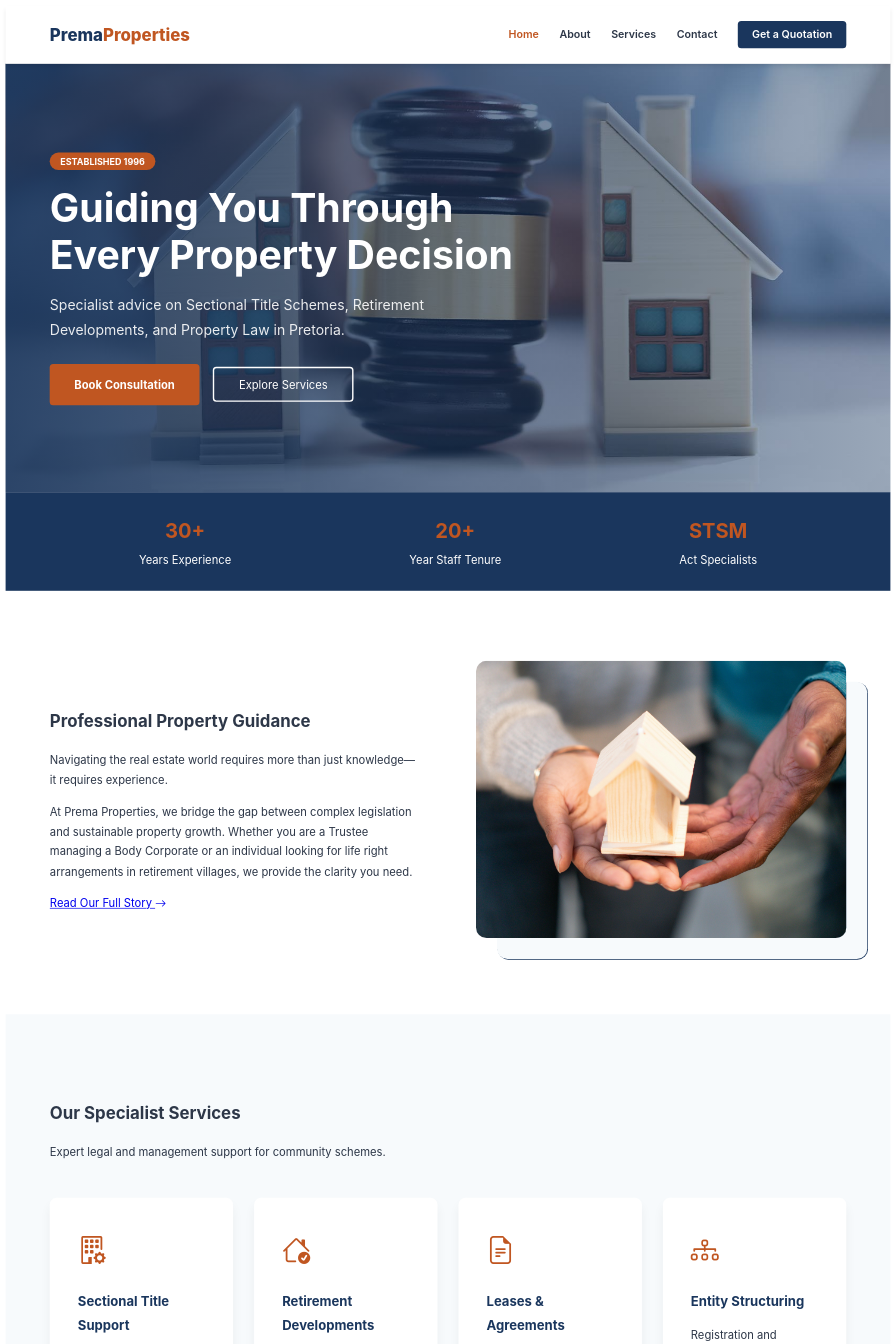
Repository: mnqobiMenzi/Prema-Properties
Page: index.html
The author's editor kept a copy of each file at every save. The page is drawn from the files as they stood at one save, then again after the next save.
The browser window is 1280 px wide. The pictures show the part of the page from y = 0 to 1920 px (the page is 2862 px tall), at 70% of full size.

Above is the page before, as saved 2026-02-10 12:50:50.

### index.html
<!DOCTYPE html>
<html lang="en">
<head>
  <meta charset="UTF-8">
  <meta name="viewport" content="width=device-width, initial-scale=1.0">
  <title>Prema Properties | Sectional Title & Property Consultants</title>
  <link rel="stylesheet" href="CSS/style.css">
  <link rel="stylesheet" href="https://cdn.jsdelivr.net/npm/bootstrap-icons@1.13.1/font/bootstrap-icons.min.css">
</head>
<body>

  <header class="main-header">
    <div class="container header-flex">
      <div class="logo">Prema<span>Properties</span></div>
      <nav>
        <a href="index.html" class="active">Home</a>
        <a href="about-us.html">About</a>
        <a href="services.html">Services</a>
        <a href="contact-us.html">Contact</a>
        <a href="quote.html" class="nav-btn">Get a Quotation</a>
      </nav>
    </div>
  </header>

  <section class="hero-v2">
    <div class="hero-overlay">
      <div class="container">
        <span class="badge">Established 1996</span>
        <h1>Guiding You Through Every Property Decision</h1>
        <p>Specialist advice on Sectional Title Schemes, Retirement Developments, and Property Law in Pretoria.</p>
        <div class="hero-actions">
          <a href="appointment.html" class="btn-main">Book Consultation</a>
          <a href="#services" class="btn-outline">Explore Services</a>
        </div>
      </div>
    </div>
  </section>

  <div class="trust-bar">
    <div class="container">
      <div class="trust-item"><strong>30+</strong> Years Experience</div>
      <div class="trust-item"><strong>20+</strong> Year Staff Tenure</div>
      <div class="trust-item"><strong>STSM</strong> Act Specialists</div>
    </div>
  </div>

  <section id="about" class="section-padding">
    <div class="container split-grid">
      <div class="content-left">
        <h2 class="section-title">Professional Property Guidance</h2>
        <p class="lead">Navigating the real estate world requires more than just knowledge—it requires experience.</p>
        <p>At Prema Properties, we bridge the gap between complex legislation and sustainable property growth. Whether you are a Trustee managing a Body Corporate or an individual looking for life right arrangements in retirement villages, we provide the clarity you need.</p>
        <a href="about-us.html" class="icon-link">Read Our Full Story <i class="bi bi-arrow-right"></i></a>
      </div>
      <div class="content-right image-deco">
        <img src="images/pexels-kindelmedia-7579138.jpg" alt="Consultation at Prema Properties">
      </div>
    </div>
  </section>

  <section id="services" class="section-padding light-gray">
    <div class="container">
      <div class="center-head">
        <h2 class="section-title">Our Specialist Services</h2>
        <p>Expert legal and management support for community schemes.</p>
      </div>

      <div class="services-grid-v2">
        <div class="s-card">
          <i class="bi bi-building-gear"></i>
          <h3>Sectional Title Support</h3>
          <p>Expert guidance on the STSM Act, management rules, and Body Corporate governance.</p>
        </div>
        <div class="s-card">
          <i class="bi bi-house-check"></i>
          <h3>Retirement Developments</h3>
          <p>Specialist expertise in ownership and life right arrangements for retired persons.</p>
        </div>
        <div class="s-card">
          <i class="bi bi-file-earmark-text"></i>
          <h3>Leases & Agreements</h3>
          <p>Drafting and review of residential, commercial, and business sale agreements.</p>
        </div>
        <div class="s-card">
          <i class="bi bi-diagram-3"></i>
          <h3>Entity Structuring</h3>
          <p>Registration and structuring of trusts, partnerships, and joint ventures.</p>
        </div>
      </div>
    </div>
  </section>

  <div id="footer-placeholder"></div>
  <script src="JavaScript/script.js"></script>
</body>
</html>

### CSS/style.css
/* --- Core Styles --- */
:root {
  --primary: #1a365d;
  --secondary: #c05621;
  --text: #2d3748;
  --white: #ffffff;
  --gray: #f7fafc;
  --transition: all 0.3s ease;
}

body {
  font-family: 'Inter', sans-serif;
  color: var(--text);
  line-height: 1.8;
}

.container { width: 90%; max-width: 1200px; margin: 0 auto; }
.section-padding { padding: 100px 0; }
.light-gray { background: var(--gray); }

/* --- Header --- */
.main-header {
  background: var(--white);
  padding: 20px 0;
  box-shadow: 0 4px 6px -1px rgba(0,0,0,0.1);
  position: sticky;
  top: 0; z-index: 1000;
}

.header-flex { display: flex; justify-content: space-between; align-items: center; }

.logo { font-size: 1.5rem; font-weight: 800; color: var(--primary); }
.logo span { color: var(--secondary); }

nav a {
  text-decoration: none;
  color: var(--text);
  font-weight: 600;
  margin-left: 25px;
  font-size: 0.95rem;
  transition: var(--transition);
}

nav a:hover, nav a.active { color: var(--secondary); }

.nav-btn {
  background: var(--primary);
  color: white !important;
  padding: 10px 20px;
  border-radius: 5px;
}

/* --- Hero v2 --- */
.hero-v2 {
  background: url('../images/Sectional-Title-Disputes.jpg') center/cover no-repeat;
  height: 85vh;
  position: relative;
}

.hero-overlay {
  background: linear-gradient(to right, rgba(26, 54, 93, 0.9), rgba(26, 54, 93, 0.4));
  height: 100%;
  display: flex;
  align-items: center;
  color: white;
}

.badge {
  background: var(--secondary);
  padding: 5px 15px;
  border-radius: 50px;
  font-size: 0.8rem;
  font-weight: bold;
  text-transform: uppercase;
}

.hero-v2 h1 { font-size: 3.5rem; margin: 20px 0; line-height: 1.2; max-width: 700px; }
.hero-v2 p { font-size: 1.25rem; max-width: 600px; margin-bottom: 30px; opacity: 0.9; }

.btn-main {
  background: var(--secondary);
  color: white;
  padding: 15px 35px;
  text-decoration: none;
  font-weight: bold;
  border-radius: 5px;
  display: inline-block;
}

.btn-outline {
  border: 2px solid white;
  color: white;
  padding: 13px 35px;
  text-decoration: none;
  border-radius: 5px;
  margin-left: 15px;
}

/* --- Trust Bar --- */
.trust-bar { background: var(--primary); color: white; padding: 30px 0; }
.trust-bar .container { display: flex; justify-content: space-around; text-align: center; }
.trust-item strong { display: block; font-size: 1.8rem; color: var(--secondary); }

/* --- Grid & Cards --- */
.split-grid { display: grid; grid-template-columns: 1fr 1fr; gap: 80px; align-items: center; }

.services-grid-v2 {
  display: grid;
  grid-template-columns: repeat(auto-fit, minmax(250px, 1fr));
  gap: 30px;
  margin-top: 50px;
}

.s-card {
  background: white;
  padding: 40px;
  border-radius: 10px;
  box-shadow: 0 10px 15px rgba(0,0,0,0.05);
  transition: var(--transition);
}

.s-card:hover { transform: translateY(-10px); }
.s-card i { font-size: 2.5rem; color: var(--secondary); margin-bottom: 20px; display: block; }
.s-card h3 { margin-bottom: 15px; color: var(--primary); }

.image-deco img {
  width: 100%;
  border-radius: 15px;
  box-shadow: 30px 30px 0 var(--gray), 31px 31px 0 var(--primary);
}

/* Responsive */
@media (max-width: 768px) {
  .hero-v2 h1 { font-size: 2.2rem; }
  .split-grid { grid-template-columns: 1fr; }
  .hero-actions { display: flex; flex-direction: column; gap: 15px; }
  .btn-outline { margin-left: 0; }
}

/* About Page Specifics */
.about-hero-v2 {
  background: linear-gradient(rgba(26, 54, 93, 0.9), rgba(26, 54, 93, 0.9)), url('../images/office-bg.jpg');
  padding: 100px 0;
  text-align: center;
  color: white;
}

.about-intro {
  max-width: 800px;
  margin: 0 auto 60px;
  text-align: center;
}

.about-intro h2 {
  color: var(--primary);
  margin-bottom: 20px;
}

.values-grid {
  display: grid;
  grid-template-columns: repeat(auto-fit, minmax(280px, 1fr));
  gap: 30px;
}

.value-item i {
  font-size: 2.5rem;
  color: var(--secondary);
  margin-bottom: 15px;
  display: block;
}

/* Director Card Layout */
.director-card {
  display: grid;
  grid-template-columns: 1fr 1.5fr;
  gap: 60px;
  background: white;
  padding: 40px;
  border-radius: 15px;
  box-shadow: 0 20px 40px rgba(0,0,0,0.05);
  align-items: center;
}

.director-image {
  position: relative;
}

.exp-seal {
  position: absolute;
  bottom: -20px;
  right: -20px;
  background: var(--secondary);
  color: white;
  padding: 15px;
  border-radius: 50%;
  font-weight: bold;
  font-size: 0.9rem;
  box-shadow: 0 10px 20px rgba(192, 86, 33, 0.3);
}

.linkedin-link {
  display: inline-flex;
  align-items: center;
  gap: 10px;
  color: var(--primary);
  text-decoration: none;
  font-weight: bold;
  margin-top: 20px;
}

/* --- Contact Page Specifics --- */
.contact-hero-v2 {
  background: var(--primary);
  color: white;
  padding: 80px 0;
  text-align: center;
}

.contact-wrapper {
  display: grid;
  grid-template-columns: 1fr 1.2fr;
  gap: 80px;
  align-items: start;
}

/* Info Details */
.info-item {
  display: flex;
  gap: 20px;
  margin-bottom: 30px;
  align-items: flex-start;
}

.info-item i {
  font-size: 1.5rem;
  color: var(--secondary);
  background: var(--gray);
  padding: 12px;
  border-radius: 10px;
}

.info-item strong {
  display: block;
  font-size: 1.1rem;
  color: var(--primary);
}

/* Form Styling */
.contact-form-card {
  background: white;
  padding: 50px;
  border-radius: 15px;
  box-shadow: 0 30px 60px rgba(0,0,0,0.1);
}

.form-title {
  margin-bottom: 30px;
  color: var(--primary);
  font-weight: 700;
}

.form-row {
  display: grid;
  grid-template-columns: 1fr 1fr;
  gap: 20px;
  margin-bottom: 20px;
}

.submit-btn-v2 {
  width: 100%;
  background: var(--primary);
  color: white;
  padding: 15px;
  border: none;
  border-radius: 5px;
  font-weight: bold;
  cursor: pointer;
  transition: var(--transition);
}

.submit-btn-v2:hover {
  background: var(--secondary);
  transform: translateY(-2px);
}

@media (max-width: 992px) {
  .contact-wrapper { grid-template-columns: 1fr; gap: 50px; }
  .form-row { grid-template-columns: 1fr; }
}

/* Services Specific Styles */
.services-hero-v2 {
  background: var(--primary);
  padding: 80px 0;
  text-align: center;
  color: white;
}

.s-list {
  list-style: none;
  padding: 0;
  margin-top: 20px;
  border-top: 1px solid #eee;
  padding-top: 20px;
}

.s-list li {
  font-size: 0.9rem;
  margin-bottom: 10px;
  display: flex;
  align-items: center;
  gap: 10px;
  color: var(--text);
}

.s-list i {
  color: var(--secondary);
  font-size: 1rem;
  margin: 0; /* Override s-card i margin */
}

.services-cta {
  background: var(--gray);
  padding: 80px 0;
  text-align: center;
}

.center-text h2 {
  color: var(--primary);
  margin-bottom: 20px;
}

/* --- Articles Page Styles --- */
.articles-hero {
  background: var(--gray);
  padding: 60px 0;
  border-bottom: 1px solid #eee;
}

.category-tag {
  background: var(--secondary);
  color: white;
  padding: 4px 12px;
  border-radius: 4px;
  font-size: 0.75rem;
  font-weight: 700;
  text-transform: uppercase;
  display: inline-block;
  margin-bottom: 15px;
}

/* Featured Post Layout */
.featured-post-v2 {
  display: grid;
  grid-template-columns: 1fr 1fr;
  gap: 50px;
  background: white;
  border-radius: 15px;
  overflow: hidden;
  box-shadow: 0 20px 40px rgba(0,0,0,0.05);
  margin-bottom: 80px;
  align-items: center;
}

.featured-image img {
  width: 100%;
  height: 100%;
  object-fit: cover;
}

.featured-content { padding: 40px; }
.featured-content h2 { font-size: 2rem; color: var(--primary); margin-bottom: 20px; }

/* Grid Layout */
.articles-grid-v2 {
  display: grid;
  grid-template-columns: repeat(auto-fit, minmax(300px, 1fr));
  gap: 40px;
}

.post-card-v2 {
  background: white;
  padding: 30px;
  border-radius: 10px;
  border: 1px solid #eee;
  transition: var(--transition);
}

.post-card-v2:hover {
  border-color: var(--secondary);
  transform: translateY(-5px);
}

.card-meta {
  display: flex;
  justify-content: space-between;
  align-items: center;
  margin-bottom: 20px;
}

.inline-link {
  color: var(--secondary);
  text-decoration: none;
  font-weight: bold;
  font-size: 0.9rem;
}

@media (max-width: 768px) {
  .featured-post-v2 { grid-template-columns: 1fr; }
}

/* --- FAQ Styling --- */
.faq-hero {
  background: var(--primary);
  color: white;
  padding: 60px 0;
  text-align: center;
}

.faq-layout {
  display: grid;
  grid-template-columns: 250px 1fr;
  gap: 50px;
}

.faq-sidebar h3 {
  font-size: 1.2rem;
  color: var(--primary);
  margin-bottom: 20px;
}

.faq-sidebar ul { list-style: none; padding: 0; }
.faq-sidebar li { margin-bottom: 15px; }
.faq-sidebar a {
  text-decoration: none;
  color: var(--text);
  font-weight: 500;
  transition: var(--transition);
}
.faq-sidebar a.active, .faq-sidebar a:hover { color: var(--secondary); }

/* Accordion Logic */
.faq-item {
  border-bottom: 1px solid #eee;
  margin-bottom: 10px;
}

.faq-question {
  width: 100%;
  padding: 20px 0;
  background: none;
  border: none;
  display: flex;
  justify-content: space-between;
  align-items: center;
  font-size: 1.1rem;
  font-weight: 700;
  color: var(--primary);
  cursor: pointer;
  text-align: left;
}

.faq-question i {
  transition: transform 0.3s ease;
  color: var(--secondary);
}

.faq-answer {
  max-height: 0;
  overflow: hidden;
  transition: max-height 0.3s ease-out;
}

.faq-answer p {
  padding-bottom: 20px;
  color: var(--text);
  line-height: 1.6;
}

/* Open State */
.faq-item.active .faq-answer {
  max-height: 300px; /* Adjust as needed */
}

.faq-item.active .faq-question i {
  transform: rotate(45deg);
}

@media (max-width: 768px) {
  .faq-layout { grid-template-columns: 1fr; }
  .faq-sidebar { display: none; }
}

/* --- Appointment Page Styles --- */
.appointment-hero-v2 {
  background: var(--primary);
  color: white;
  padding: 80px 0;
  text-align: center;
}

.appointment-wrapper {
  display: grid;
  grid-template-columns: 1fr 1.2fr;
  gap: 60px;
  align-items: start;
}

/* Meeting Card Styles */
.meeting-card-list {
  margin: 30px 0;
}

.m-card {
  display: flex;
  gap: 20px;
  background: white;
  padding: 20px;
  border-radius: 10px;
  margin-bottom: 20px;
  border: 1px solid #eee;
  transition: var(--transition);
}

.featured-m {
  border-left: 5px solid var(--secondary);
  background: var(--gray);
}

.m-icon i {
  font-size: 1.5rem;
  color: var(--secondary);
}

.m-card strong {
  display: block;
  color: var(--primary);
  font-size: 1.1rem;
}

.m-card p {
  font-size: 0.85rem;
  margin: 0;
}

/* Form refinement */
.booking-form-card {
  background: white;
  padding: 40px;
  border-radius: 15px;
  box-shadow: 0 20px 50px rgba(0,0,0,0.08);
}

.booking-form-card label {
  display: block;
  font-weight: 700;
  font-size: 0.85rem;
  color: var(--primary);
  margin-bottom: 8px;
  text-transform: uppercase;
}

.process-note {
  font-size: 0.9rem;
  color: var(--text);
  opacity: 0.8;
  padding: 15px;
  background: #eef2f7;
  border-radius: 8px;
}

@media (max-width: 992px) {
  .appointment-wrapper { grid-template-columns: 1fr; }
}

/* --- Quotation Page Styles --- */
.quote-hero-v2 {
  background: var(--primary);
  color: white;
  padding: 60px 0;
  text-align: center;
}

.quote-wrapper {
  display: grid;
  grid-template-columns: 300px 1fr;
  gap: 60px;
  align-items: start;
}

/* Sidebar Steps */
.step-guide {
  margin-bottom: 40px;
}

.step {
  display: flex;
  align-items: center;
  gap: 15px;
  padding: 15px 0;
  color: #a0aec0;
  font-weight: 600;
  border-bottom: 1px solid #edf2f7;
}

.step span {
  width: 30px;
  height: 30px;
  background: #edf2f7;
  display: flex;
  align-items: center;
  justify-content: center;
  border-radius: 50%;
  font-size: 0.8rem;
}

.step.active { color: var(--primary); }
.step.active span { background: var(--secondary); color: white; }

.quote-note {
  background: var(--gray);
  padding: 25px;
  border-radius: 10px;
  border-left: 4px solid var(--secondary);
}

/* Form Sections */
.quote-form-card {
  background: white;
  padding: 40px;
  border-radius: 15px;
  box-shadow: 0 15px 40px rgba(0,0,0,0.05);
}

.form-section {
  margin-bottom: 40px;
}

.form-section h3 {
  font-size: 1.25rem;
  color: var(--primary);
  margin-bottom: 25px;
  display: flex;
  align-items: center;
  gap: 10px;
}

.checkbox-grid {
  display: grid;
  grid-template-columns: 1fr 1fr;
  gap: 15px;
  margin: 20px 0;
}

.check-item {
  font-size: 0.9rem;
  display: flex;
  align-items: center;
  gap: 10px;
  cursor: pointer;
}

.form-footer-note {
  font-size: 0.8rem;
  text-align: center;
  margin-top: 20px;
  opacity: 0.7;
}

@media (max-width: 992px) {
  .quote-wrapper { grid-template-columns: 1fr; }
  .quote-sidebar { display: none; }
  .checkbox-grid { grid-template-columns: 1fr; }
}

/* --- Main Footer Styles --- */
.main-footer {
  background: #1a202c; /* Deep slate/navy */
  color: #e2e8f0;
  padding: 80px 0 0;
  margin-top: 50px;
}

.footer-grid {
  display: grid;
  grid-template-columns: 1.2fr 0.8fr 0.8fr 1fr;
  gap: 40px;
  padding-bottom: 60px;
}

.footer-column h4 {
  color: white;
  font-size: 1.1rem;
  margin-bottom: 25px;
  position: relative;
}

.footer-column h4::after {
  content: '';
  position: absolute;
  left: 0;
  bottom: -8px;
  width: 30px;
  height: 2px;
  background: var(--secondary);
}

.footer-links {
  list-style: none;
  padding: 0;
}

.footer-links li {
  margin-bottom: 12px;
}

.footer-links a {
  color: #cbd5e0;
  text-decoration: none;
  font-size: 0.9rem;
  transition: 0.3s;
}

.footer-links a:hover {
  color: var(--secondary);
  padding-left: 5px;
}

.footer-cta-btn {
  display: inline-block;
  margin-top: 20px;
  padding: 10px 20px;
  background: var(--secondary);
  color: white;
  text-decoration: none;
  border-radius: 5px;
  font-weight: bold;
  font-size: 0.85rem;
}

/* Footer Bottom */
.footer-bottom {
  background: #11151d;
  padding: 25px 0;
  border-top: 1px solid rgba(255,255,255,0.05);
}

.bottom-flex {
  display: flex;
  justify-content: space-between;
  align-items: center;
  font-size: 0.8rem;
}

.legal-links a {
  color: #718096;
  margin-left: 20px;
  text-decoration: none;
}

@media (max-width: 992px) {
  .footer-grid { grid-template-columns: 1fr 1fr; }
}

@media (max-width: 576px) {
  .footer-grid { grid-template-columns: 1fr; }
  .bottom-flex { flex-direction: column; gap: 15px; text-align: center; }
}

### JavaScript/script.js
document.addEventListener("DOMContentLoaded", function() {
    const footerPlaceholder = document.getElementById("footer-placeholder");

    if (footerPlaceholder) {
        fetch("footer.html")
            .then(response => {
                if (!response.ok) throw new Error("Footer file not found");
                return response.text();
            })
            .then(data => {
                footerPlaceholder.innerHTML = data;
            })
            .catch(err => {
                console.warn("Footer load failed. Error:", err);
                // Fallback text so you know it's trying to work
                footerPlaceholder.innerHTML = "<p style='text-align:center; padding:20px;'>Footer Loading...</p>";
            });
    }
});

document.querySelectorAll('.faq-question').forEach(button => {
      button.addEventListener('click', () => {
        const faqItem = button.parentElement;
        faqItem.classList.toggle('active');
      });
    });

### footer.html
<!DOCTYPE html>
<html lang="en">
<head>
    <meta charset="UTF-8">
    <meta name="viewport" content="width=device-width, initial-scale=1.0">
    <title>Document</title>
</head>
<body>
    <footer class="main-footer">
  <div class="container footer-grid">

    <div class="footer-column brand-info">
      <div class="logo">Prema<span>Properties</span></div>
      <p>Specialized consulting for community schemes. We bridge the gap between complex legislation and sustainable property growth.</p>

      <div class="footer-address">
        <p><i class="bi bi-geo-alt-fill"></i> <strong>Our Office:</strong><br>
        Central Pretoria, Gauteng</p>
        <p><i class="bi bi-envelope-fill"></i> <strong>Email:</strong><br>
        info@premaproperties.co.za</p>
      </div>
    </div>

    <div class="footer-column">
      <h4>Legal Resources</h4>
      <ul class="footer-links">
        <li><a href="https://www.csos.org.za/" target="_blank"><i class="bi bi-link-45deg"></i> CSOS (Ombud)</a></li>
        <li><a href="https://www.pama.org.za/" target="_blank"><i class="bi bi-link-45deg"></i> PAMA</a></li>
        <li><a href="https://www.eaab.org.za/" target="_blank"><i class="bi bi-link-45deg"></i> PPRA Authority</a></li>
      </ul>
    </div>

    <div class="footer-column">
      <h4>Quick Links</h4>
      <ul class="footer-links">
        <li><a href="about-us.html">About Our Firm</a></li>
        <li><a href="services.html">Our Services</a></li>
        <li><a href="articles.html">Industry Insights</a></li>
        <li><a href="FAQ.html">Common Questions</a></li>
        <li><a href="quote.html">Request Quotation</a></li>
      </ul>
    </div>

    <div class="footer-column">
      <h4>Connect With Us</h4>
      <div class="social-icons">
        <a href="#" target="_blank" title="Facebook"><i class="bi bi-facebook"></i></a>
        <a href="#" target="_blank" title="LinkedIn"><i class="bi bi-linkedin"></i></a>
        <a href="#" target="_blank" title="YouTube"><i class="bi bi-youtube"></i></a>
        <a href="#" target="_blank" title="WhatsApp"><i class="bi bi-whatsapp"></i></a>
      </div>
      <a href="appointment.html" class="footer-cta-btn">Book Consultation</a>
    </div>

  </div>

  <div class="footer-bottom">
    <div class="container">
      <div class="bottom-flex">
        <p>&copy; 2026 Prema Properties. Specialist Sectional Title Consultants.</p>
        <div class="legal-links">
          <a href="#">Privacy Policy</a>
          <a href="#">POPIA Disclaimer</a>
        </div>
      </div>
    </div>
  </div>
</footer>
</body>
</html>

After the next save:
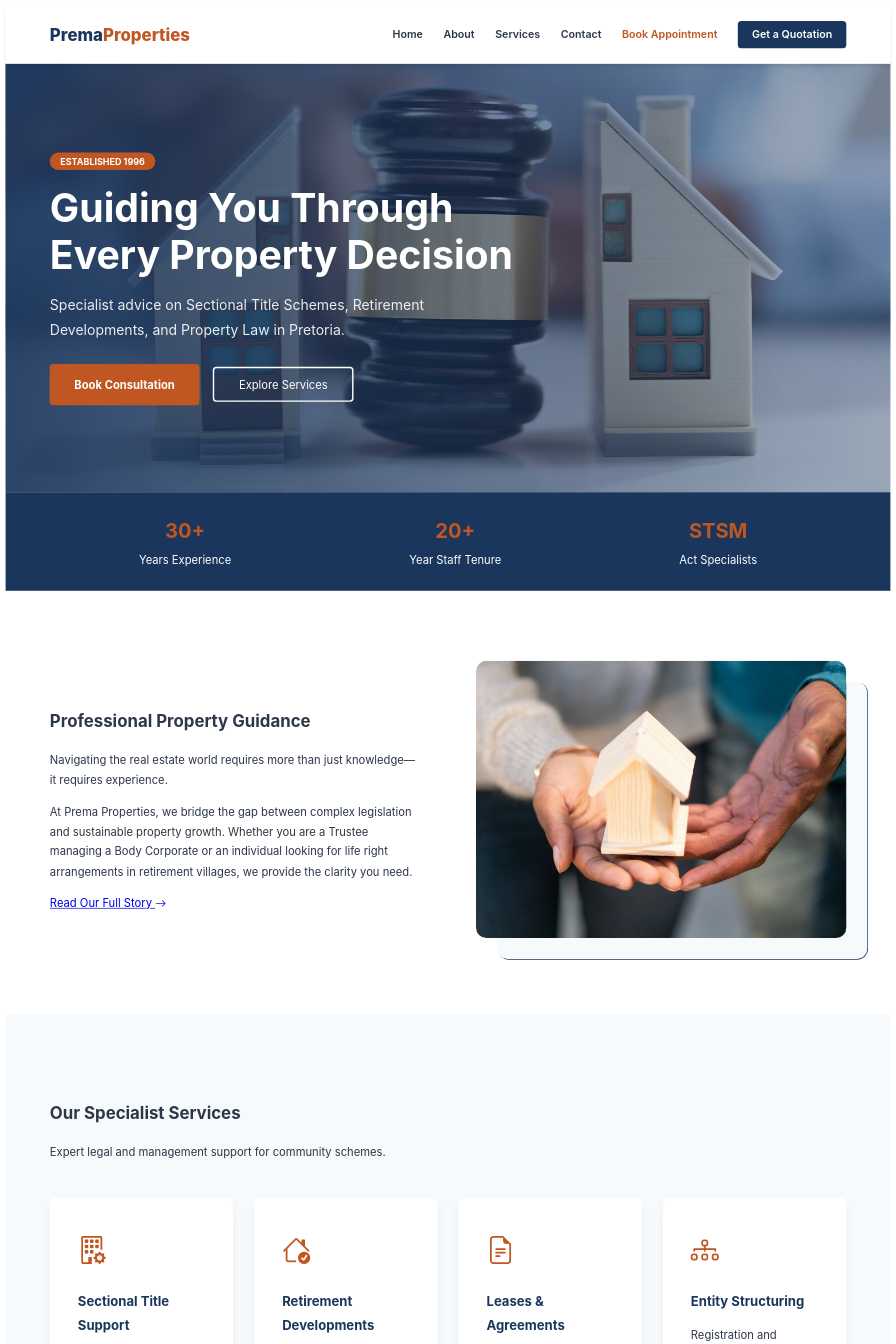
Saved 6 min 48 s later.
--- a/index.html
+++ b/index.html
@@ -13,10 +13,11 @@
     <div class="container header-flex">
       <div class="logo">Prema<span>Properties</span></div>
       <nav>
-        <a href="index.html" class="active">Home</a>
+        <a href="index.html">Home</a>
         <a href="about-us.html">About</a>
         <a href="services.html">Services</a>
         <a href="contact-us.html">Contact</a>
+        <a href="appointment.html" class="active">Book Appointment</a>
         <a href="quote.html" class="nav-btn">Get a Quotation</a>
       </nav>
     </div>
